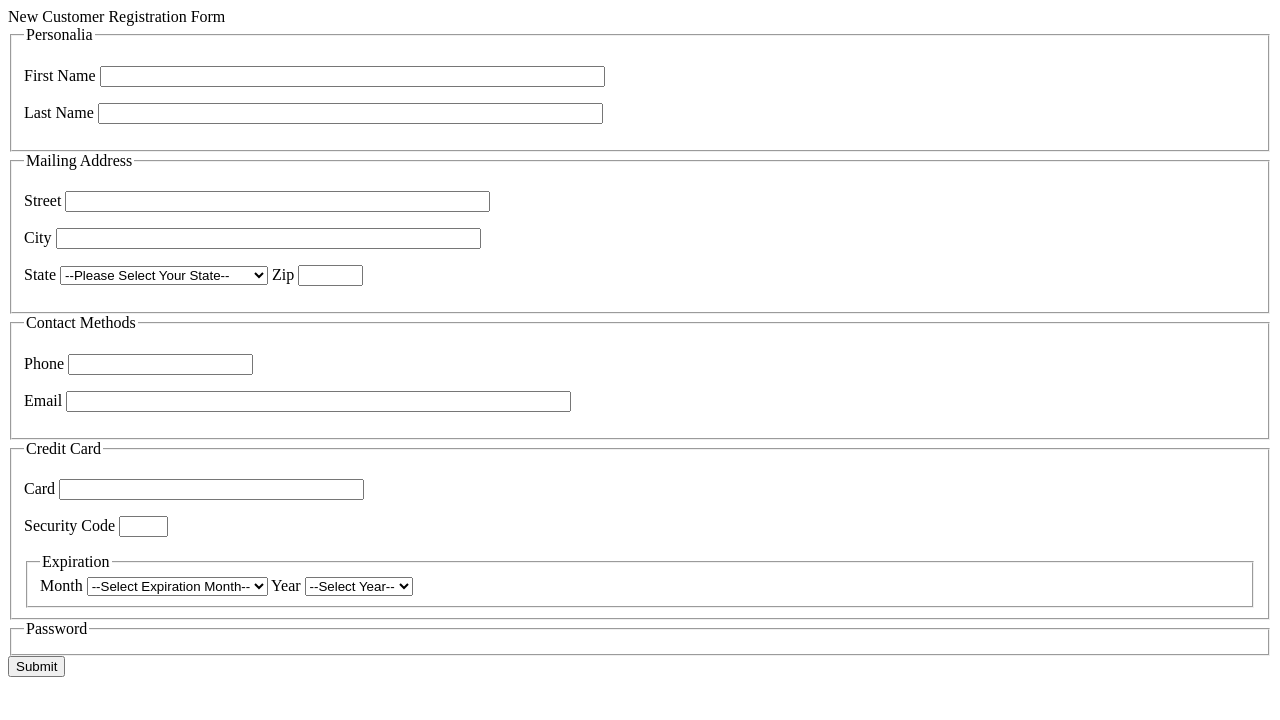
Repository: banjilawal/htdocs
Page: http://localhost/controls/new_customer-form.php
These files come from the project's save history. The page is drawn as it stood at one moment and after the next save; the edit follows.
The browser window is 1280 px wide. The pictures show the whole page.
The page is run by PHP 8.4 with error messages shown; the project is at /var/www/html/.

Above is the page before, as saved 2022-03-26 23:58:32.

After the next save:
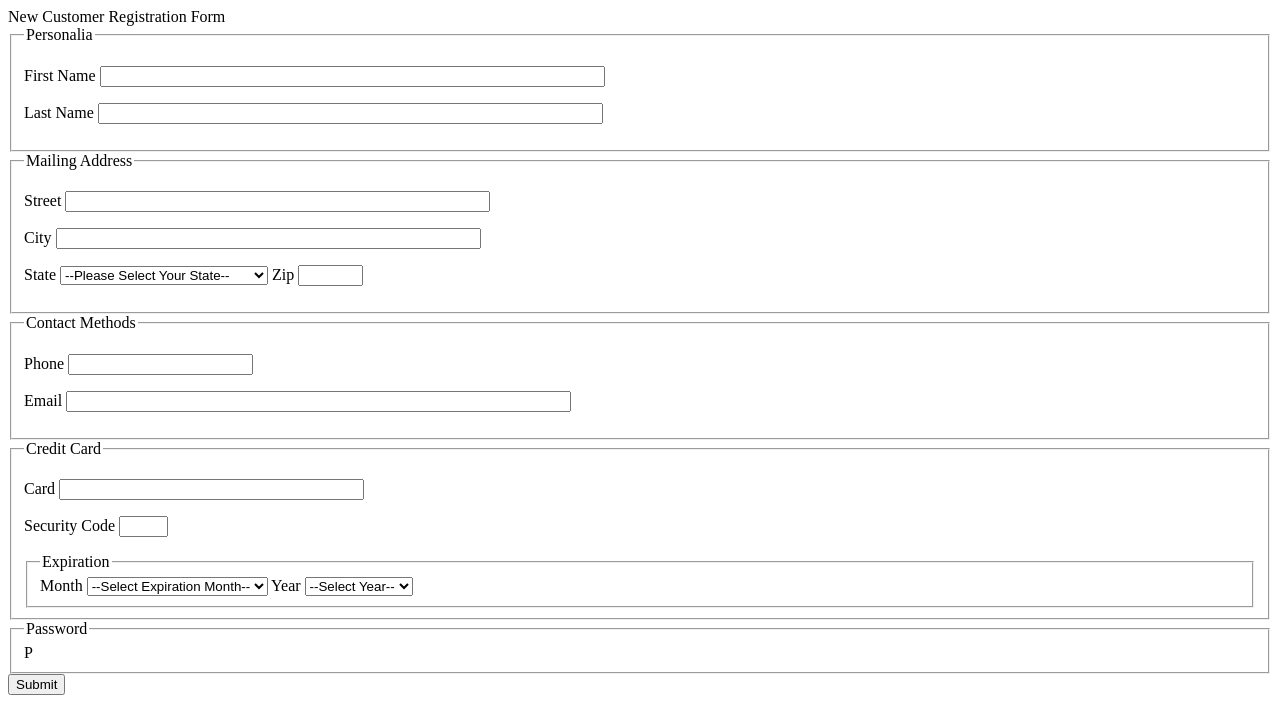
Saved 6 s later.
--- a/shop-0.01/controls/new_customer-form.php
+++ b/shop-0.01/controls/new_customer-form.php
@@ -178,7 +178,7 @@
         </fieldset>
 
         <fieldset><legend>Password</legend>
-            <label for="password">
+            <label for="password">P
 
         </fieldset>
 
